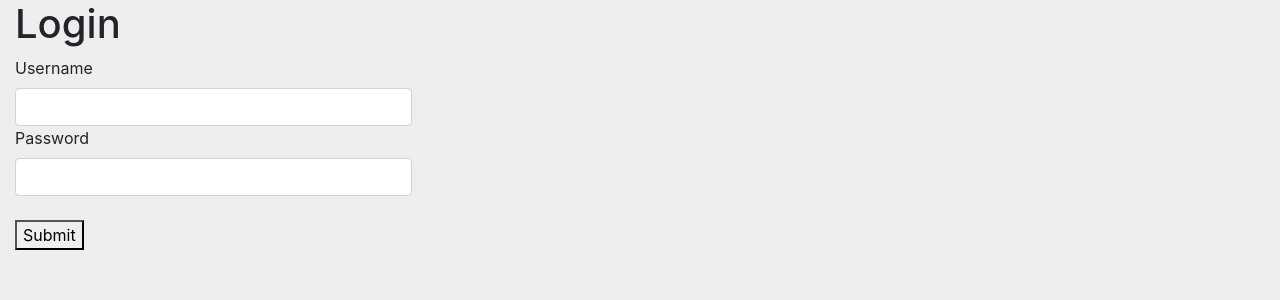
Repository: neoighodaro-articles/migrating-to-laravel
Page: http://localhost/
These files come from the project's save history. The page is drawn as it stood at one moment and after the next save; the edit follows.
The browser window is 1280 px wide. The pictures show the whole page.
The page is run by PHP 8.4 with error messages shown; the project is at /var/www/html/.

Above is the page before, as saved 2018-06-12 18:44:47.

After the next save:
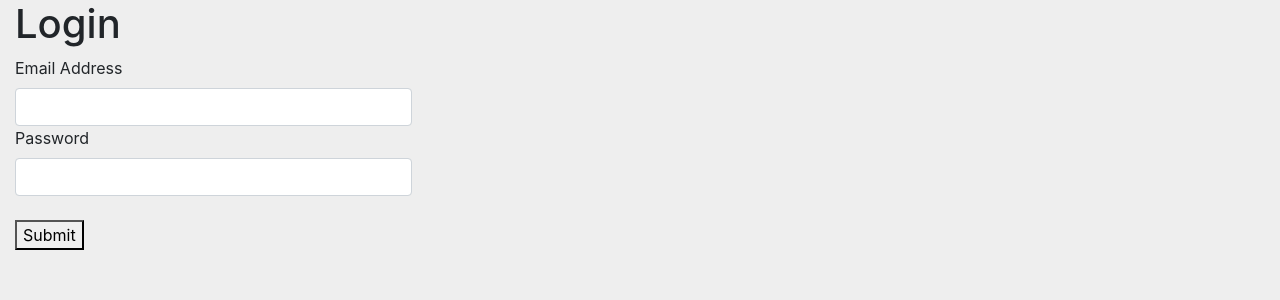
Saved 55 min 56 s later.
--- a/vanilla/index.php
+++ b/vanilla/index.php
@@ -15,13 +15,15 @@
 <body>
   <div class="rows">
     <div class="col-md-4 col-md-offset-6">
-      <h1> Login </h1>
-      <label>Username</label>
-      <input type="text" class="form-control">
-      <label>Password</label>
-      <input type="password" class="form-control">
-      <br>
-      <button type="submit">Submit</button>
+      <form method="POST">
+        <h1> Login </h1>
+        <label>Email Address</label>
+        <input type="text" class="form-control">
+        <label>Password</label>
+        <input type="password" class="form-control">
+        <br>
+        <button type="submit">Submit</button>
+      </form>
     </div>
   </div>
 </body>
